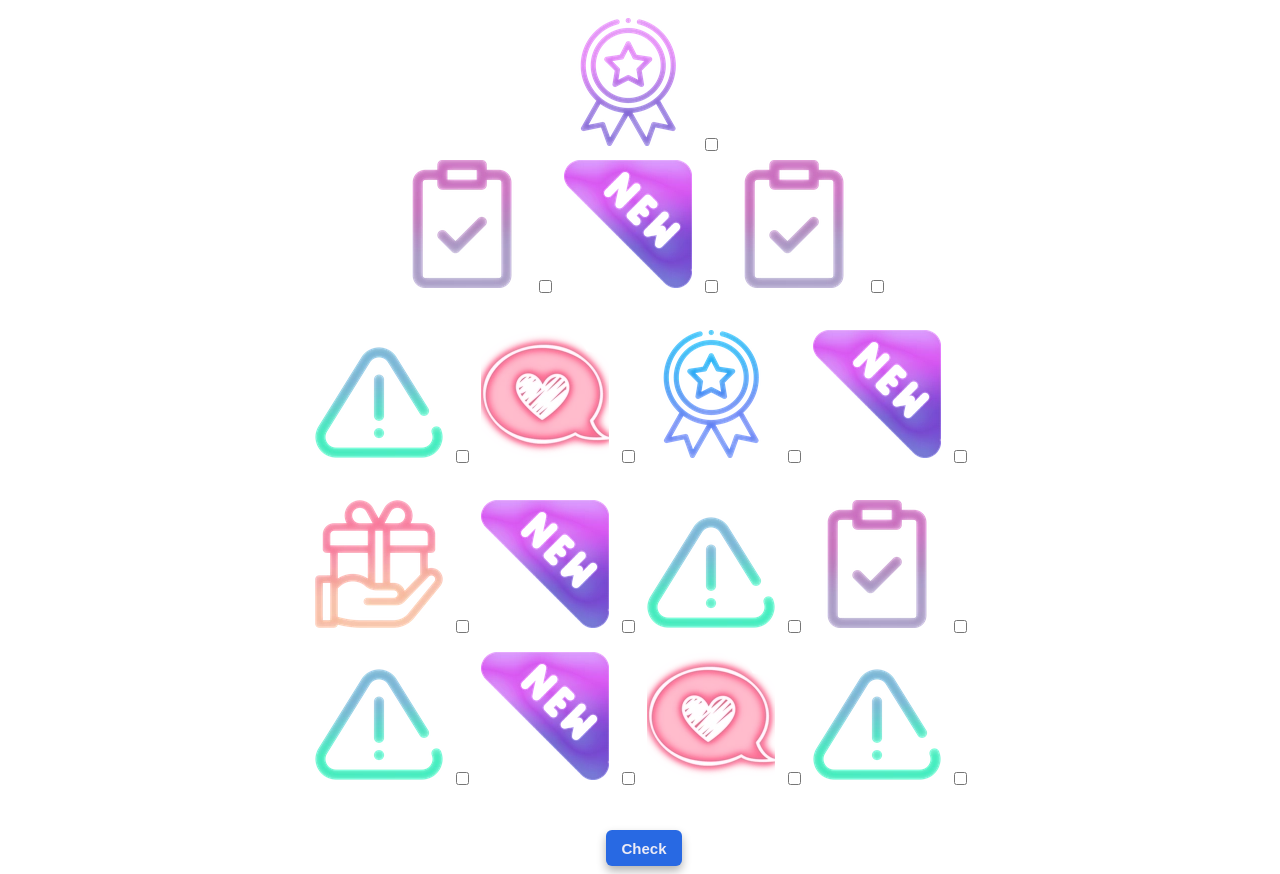
Repository: vichubenzene/-MWin_ui
Page: main.html
An editor plug-in stored every save of this project. The page is shown before and after the next save, followed by the edit.
The browser window is 1280 px wide. The pictures show the whole page.

Above is the page before, as saved 2022-10-10 17:33:41.

After the next save:
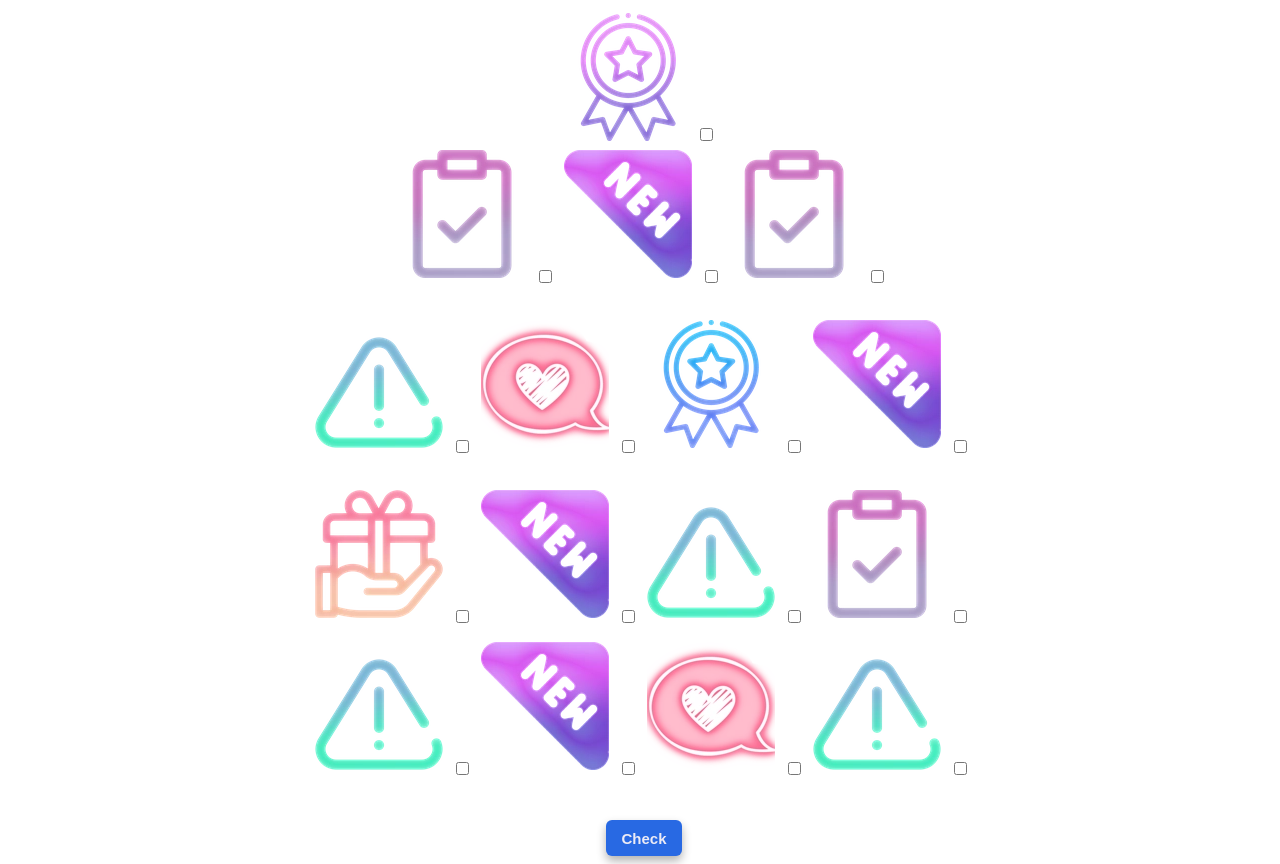
Saved 19 s later.
--- a/main.html
+++ b/main.html
@@ -42,7 +42,7 @@
     <div class="row" style=" text-align: center">
         <div class="column" style=" text-align: center">
             <div>
-                <img src="images/834538140450160661.png" id="i1" alt="Snow" onclick="image('myCheckbox1')" style="padding: 5px">
+                <img src="images/834538140450160661.png" id="i1" alt="Snow" onclick="image('myCheckbox1')">
                 <input type="checkbox" id="myCheckbox1" />
             </div>
             <img src="images/834541394987057242.png" id="i2" alt="Snow" onclick="image('myCheckbox2')" style="padding: 5px">
